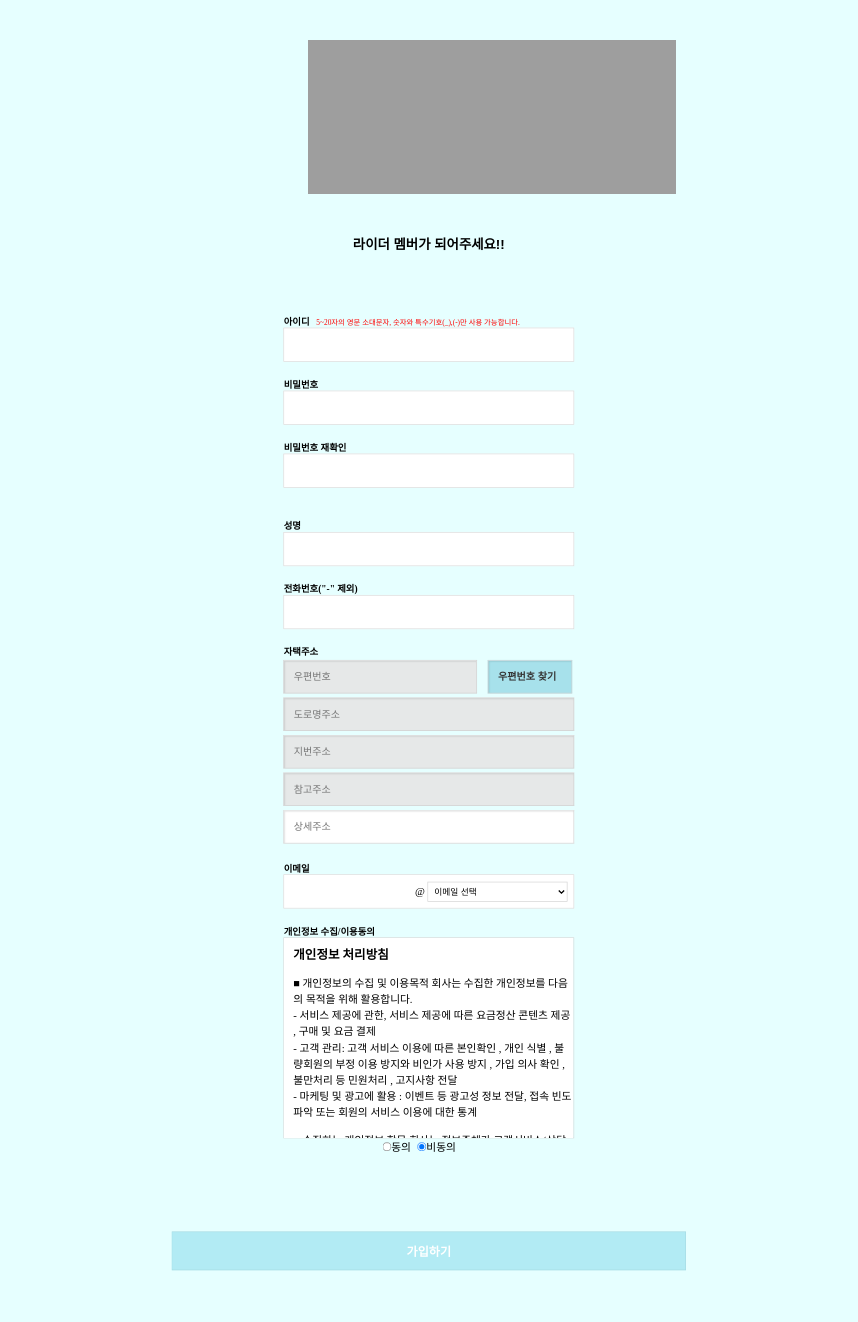
Repository: lyena8958/Frontend
Page: [JAVA][Front-end]_7.1~8.23/4GT_signUp/WebContent/index.html
The author's editor kept a copy of each file at every save. The page is drawn from the files as they stood at one save, then again after the next save.
The browser window is 1280 px wide. The pictures show the whole page, at 67% of full size.
Pictures or frames that could not be fetched are drawn as grey boxes. Some web fonts or font styles are not loaded; a fallback is used.

Above is the page before, as saved 2021-08-29 09:44:58.

### [JAVA][Front-end]_7.1~8.23/4GT_signUp/WebContent/index.html
<!DOCTYPE html>
<html lang="ko">
<head>
<meta charset="UTF-8">
<title>참치라이더 회원가입</title>
<!-- day32 NF6, day35 NF참고 -->
<link rel = "icon" href="image/wave.ico">
<style>
@import url("signUpCss3.css");
radio{
   color : black;
}
</style>
<script src ="signUpjs3.js"></script>
<script src="//t1.daumcdn.net/mapjsapi/bundle/postcode/prod/postcode.v2.js"></script>
</head>
<body>


   <!--3) html+css+js -->
   <div id="container" class="wrapper">
      <form method ="post" name="join" id="join">
         <header>
            <div id="header">
               <h1 class="h_loho">
                  <span><img alt="참치라이더 메인문구" src="image/main.png"></span>
                  <p>라이더 멤버가 되어주세요!!</p>
               </h1>
               </div>

         </header>

         <div id="container">
            <div class="row_group">
               <div class="userInput">
                  <h3 class="list">아이디<span id="idError"></span></h3>
                  <span class="box int_id" ><input type="text" id="id" class="int check"
                     maxlength="20"></span>
               </div>
               <div class="userInput">
                  <h3 class="list">비밀번호<span id="pwError"></span></h3>
                  <span class="box int_id"><input type="password" id="pw" class="int check"
                     maxlength="20"></span>
               </div>
               <div class="userInput">
                  <h3 class="list">비밀번호 재확인<span id="pwCheckError"></span></h3>
                  <span class="box int_id"><input type="password" id="pwCheck" class="int check"
                     maxlength="20"></span>
               </div>
            </div>
               <div class="row_group">
               <div class="userInput">
                  <h3 class="list">성명<span id="nameError"></span></h3>
                  <span class="box int_id"><input type="text" id="name" class="int check"
                     maxlength="20"></span>
               </div>
               <div class="userInput">
                  <h3 class="list">전화번호("-" 제외)<span id="phoneNumError"></span></h3>
                  <span class="box int_id"><input type="text" id="phoneNum" class="int check"
                     maxlength="11"></span>
               </div>
               <div class="userInput">
                  <h3 class="list">
                     자택주소<span id="addressError"></span>
                  </h3>
                  <div id="address" class="int_id">
                  <span>
                  <input type="text" id="sample4_postcode" class="d_form mini line addressCheck" placeholder="우편번호" readonly>
                  <input type="button" id="addressButton" class="d_form mini" onclick="sample4_execDaumPostcode()" value="우편번호 찾기" readonly>
                  </span>
                  <input type="text" id="sample4_roadAddress" class="d_form mini line" placeholder="도로명주소" readonly>
                  <input type="text" id="sample4_jibunAddress" class="d_form mini line" placeholder="지번주소" readonly>
                  <span id="guide" style="color:#999;display:none"></span>
                  <input type="text" id="sample4_extraAddress" class="d_form mini line" placeholder="참고주소" readonly>
                  <input type="text" id="sample4_detailAddress" class="d_form mini line addressCheck" placeholder="상세주소" >
                  </div>
               </div>

               <div class="userInput">
                  <h3 class="list">이메일<span id="emailError"></span></h3>
                  <span class="emailInt" id="emailBox"> <input type="text" id="email" maxlength="20" class="check" >
                     <span>   @ </span>
                        <select id="mail_Select">
                           <option>이메일 선택</option>
                           <option>naver.com</option>
                           <option>gmail.com</option>
                           <option>daum.net</option>
                           <option>hanmail.net</option>
                           <option>hotmail.com</option>
                           <option>nate.com</option>
                           <option>yahoo.co.kr</option>
                           <option>empas.com</option>
                           <option>freechal.com</option>
                           <option>lycos.co.kr</option>
                           <option>korea.com</option>
                           <option>hanmir.com</option>
                           <option>dreamwiz.com</option>
                           <option>paran.com</option>
                           <!-- <option>직접 입력</option> 직접입력시 입력칸 구현? -->
                        </select>
                  </span>
               </div>
                  <div class="userInput">
                  <h3 class="list">개인정보 수집/이용동의<span id="consentError"></span></h3>
                  <div id="informationConsent">
                  <span id="consentBox">
                      <h3>개인정보 처리방침<span id="consentError"></span></h3>
                     <br>
                      ■ 개인정보의 수집 및 이용목적 회사는 수집한 개인정보를 다음의 목적을 위해 활용합니다.
                      <br>
                      - 서비스 제공에 관한, 서비스 제공에 따른 요금정산 콘텐츠 제공 , 구매 및 요금 결제
                      <br>
                      - 고객 관리: 고객 서비스
                     이용에 따른 본인확인 , 개인 식별 , 불량회원의 부정 이용 방지와 비인가 사용 방지 , 가입 의사 확인
                     , 불만처리 등 민원처리 , 고지사항 전달
                     <br>
                     - 마케팅 및 광고에 활용 : 이벤트
                     등 광고성 정보 전달, 접속 빈도 파악 또는 회원의 서비스 이용에 대한 통계
                     <br><br>
                     ■ 수집하는 개인정보 항목 회사는
                     정보주체가 고객서비스(상담신청, 상담, 서비스 신청 등)를 이용하기 위하여 고객의 개인 정보를 제공할 때의 서비스
                     제공을 위한 필수 정보와, 보다 향상된 서비스 제공을 위한 선택정보를 온라인상 입력방법을 통하여 수집하고 있습니다.
                     수집하는 개인정보의 범위는 아래와 같습니다.
                     <br>
                     개인정보 수집항목 - 필수항목: 이름, 전화번호 , 이메일, 주소
                     <br>
                     -자동수집 항목 : 접속로그( 주소, 전화번호, 결제내역 ) 개인정보 수집방법 정보주체는 웹사이트 또는 서면 절차를 통하여 개인정보처리방침과 이용약관 각각의 내용을
                     확인하고 ‘동의’ 또는 ‘동의하지 않는다’ 문구를 선택 할 수 있습니다. 정보 주체가 ‘동의’ 문구를 선택한 경우에는
                     개인정보 수집에 동의한 것으로 봅니다.
                  </span>
               </div>
               <label class="select"><input type="radio" id="check" name="check" value="동의">동의</label>
               <label class="select"><input type="radio" id="noneCheck"name="check" value="비동의" checked="checked">비동의</label>
               </div>
               <div class="btn_area">
                  <input type="submit" value="가입하기" id="btnJoin" class="btn_type btn_primary">
               </div>
            </div>
         </div>
      </form>
   </div>
</body>
</html>

### [JAVA][Front-end]_7.1~8.23/4GT_signUp/WebContent/signUpCss3.css
@charset "UTF-8";
@import url('https://fonts.googleapis.com/css2?family=Gowun+Dodum&display=swap');
@keyframes headerMove{
/*       -50% {transform: translate(-500px); }
      -25% {transform: translate(-100px); }
      0% {transform: translate(0px); }
      20% {transform: translate(100px); }
      40% {transform: translate(200px); }
      60% {transform: translate(300px); }
      80% {transform: translate(400px); }
      100% {transform: translate(0,0);} */
      0% {transform: translate(0px); }
      50% {transform: translate(400px); }
      100% {transform: translate(0,0);}
}

#header img{
   width : 700px;
   height: 230px;
   animation-name: headerMove;
    animation-duration: 3s;
   animation-iteration-count: infinite;
   animation:linkMove 3s ease-out Infinit;
}
#header p{
   font-size : 20px;
   font-family: 'Gowun Dodum', sans-serif;
   margin-top : 50px;
   margin-bottom: 2%;

}
.d_form {
    margin: .2em 0;
    font-size: 15px;
    padding: .5em;
    border: 1px solid #ccc;
    border-color: #dbdbdb #d2d2d2 #d0d0d0 #d2d2d3;
    box-shadow: inset 0.1em 0.1em 0.15em rgb(0 0 0 / 10%);
    vertical-align: middle;
    line-height: 1.25em;
    outline: 0;
    width: 20em;
    height : 50px;
    background-color : #E6E8E8;
    padding: 10px 110px 10px 14px;
    padding-top: 10px;
    padding-right: 110px;
    padding-bottom: 10px;
    padding-left: 14px;
    box-sizing: border-box;
}
.d_form.mini {
    width: 7em;
}
#container, #footer, #header {
    min-width: 220px;
    margin: 0 15px;
    margin-top: 0px;
    margin-right: 15px;
    margin-bottom: 0px;
    margin-left: 15px;
    box-sizing: border-box;
}
@media (max-width: 1024px)
#container {
    width: auto;
    max-width: 768px;
}

body, button, dd, dl, dt, fieldset, form, h1, h2, h3, h3, h5, h6, input,
   legend, li, ol, p, select, table, td, textarea, th, ul {
   margin: 0;
   padding: 0;
   webkit-text-size-adjust: none;
}
/*h3 {
   magin : 0px auto;
   font-size: 14px;
   font-weight: 700;
}*/
boby, html {
   width: 100%;
   height: 100%;
}
body {
   background-color: #E6FFFF;
}
div{
   display : block;

}
header{
   text-align : center;
}
select{
   font-size : 3px;
   border : 1px solid gray;
   height : 30px;
   padding : 5px;
}
#mail_Select option{

   text-height : 30px;
}
#mail_Input{
   display : inline-block;
   width : 50%;
}
#mail_Select{
   width : 50%;
   font-size : 13px;
   border : 1px solid lightgray;


}
#text{
   margin : 5px;
   font-size : 15px;

}
#idError, #pwError, #pwCheckError, #nameError, #phoneNumError, #addressError, #emailError, #consentError {
   width:0px auto;
   display : inline-block;
   color : red;
   font-align : right;
   font-size : 11px;
   font-weight: normal;
   margin-left : 10px;
}
#container, #footer {
   margin: 0 auto;
   max-width: 768px;
   min-width: 460px;
}

.wrapper {
   width: 100%;
   min-width: 760px;
}

#header {

   position: relative;
   overflow: hidden;
   padding: 60px 0 54px;

}

#header .h_logo {
   display: block;
   margin: 0 auto;
   width: 240px;
   height: 44px;
   /*background-image: url(https://static.nid.naver.com/images/ui/join/m_naver_logo_20191126.png);*/
   background-repeat: no-repeat;
   background-position: 0 0;
   background-size: 240px auto;
   color: transparent;
   font-size: 2em;
}
.ipin_box, .row_group {
    overflow: hidden;
    width: 100%;
}
.box{
   margin : 0px auto;
    display: block;
    position: relative;
    width: 60%;
    height: 51px;
    border: solid 1px #dadada;
    border-top-color: rgb(218, 218, 218);
    border-top-style: solid;
    border-top-width: 1px;
    border-right-color: rgb(218, 218, 218);
    border-right-style: solid;
    border-right-width: 1px;
    border-bottom-color: rgb(218, 218, 218);
    border-bottom-style: solid;
    border-bottom-width: 1px;
    border-left-color: rgb(218, 218, 218);
    border-left-style: solid;
    border-left-width: 1px;
    border-image-source: initial;
    border-image-slice: initial;
    border-image-width: initial;
    border-image-outset: initial;
    border-image-repeat: initial;
    padding: 10px 110px 10px 14px;
    padding-top: 10px;
    padding-right: 110px;
    padding-bottom: 10px;
    padding-left: 14px;
    box-sizing: border-box;
}
.box.int_id, .box.int_id input {
    background: #fff;
    outline: 0;
}
#emailBox{
   margin : 0px auto;
    display: block;
    position: relative;
    width: 60%;
    height: 51px;
    border: solid 1px #dadada;
    border-top-color: rgb(218, 218, 218);
    border-top-style: solid;
    border-top-width: 1px;
    border-right-color: rgb(218, 218, 218);
    border-right-style: solid;
    border-right-width: 1px;
    border-bottom-color: rgb(218, 218, 218);
    border-bottom-style: solid;
    border-bottom-width: 1px;
    border-left-color: rgb(218, 218, 218);
    border-left-style: solid;
    border-left-width: 1px;
    border-image-source: initial;
    border-image-slice: initial;
    border-image-width: initial;
    border-image-outset: initial;
    border-image-repeat: initial;
    padding-top: 10px;
    padding-left: 14px;
    box-sizing: border-box;
    background-color : white;
}
.list {
   display : inline-black;
   margin : 0px auto;
   /*padding: 10px;*/
   width: 60%;
   font-size: 14px;
   font-weight: 700;
}
.list h3{
   display : inline-black;
}
.userInput{
   margin : 3%;

}
.line{
   margin-left : 20%;
/*margin : 2px;*/
}
#address input text{
   margin-left : 60%;

}
#addressButton{
   text-align : center;
   text-width : 0px auto;
   background-color : #A7E1EB;
   width :  0px auto;
   font-weight : bold;
   color : #353535;
}
#sample4_postcode{
   width : 40%;
   margin-right: 12px;
}
#sample4_roadAddress, #sample4_jibunAddress, #sample4_detailAddress, #sample4_extraAddress{
   width : 60%;
}
#sample4_detailAddress{
   background-color : white;
}
.input {
   display: inline;
}

.box {
   margin : 0px auto;
   display: block;
   width: 60%;
   height: 51px;
   padding-top: 10px;
   padding-right: 110px;
   padding-bottom: 10px;
   padding-left: 14px;
   background: #fff;
   box-sizing: border-box;
   vertical-align: top;
   vertical-align: top;
}

.int {
   display: block;
   position: relative;
   width: 100%;
   height: 29px;
   border: solid 1px #dadada;
   padding-right: 25px;
   line-height: 29px;
   border: none;
   background: #fff;
   font-size: 15px;
   box-sizing: border-box;
   z-index: 10;
}
#emailInt{
   display: block;
   /*position: relative;*/
   width: 50%;
   height: 29px;
   border: solid 1px #dadada;
   /*padding-right: 25px;*/
   line-height: 29px;
   border: none;
   background: #fff;
   font-size: 15px;
   box-sizing: border-box;

}
#btn {
   width: 100%;
   height: 50px;
}
.btn_area {
    margin: 30px 0 9px;
}
@media (max-width: 1024px)
.btn_type {
    font-weight: 400;
}
.btn_primary {
    color: #fff;
    border: solid 1px rgba(0,0,0,.08);
    border-top-color: rgba(0, 0, 0, 0.08);
    border-top-style: solid;
    border-top-width: 1px;
    border-right-color: rgba(0, 0, 0, 0.08);
    border-right-style: solid;
    border-right-width: 1px;
    border-bottom-color: rgba(0, 0, 0, 0.08);
    border-bottom-style: solid;
    border-bottom-width: 1px;
    border-left-color: rgba(0, 0, 0, 0.08);
    border-left-style: solid;
    border-left-width: 1px;
    border-image-source: initial;
    border-image-slice: initial;
    border-image-width: initial;
    border-image-outset: initial;
    border-image-repeat: initial;
    background-color: #B2EBF4;
}
.btn_type {
   margin-top : 15%;
   margin-bottom : 10%;
    display: block;
    width: 100%;
    padding: 15px 0 15px;
    font-size: 18px;
    font-weight: 700;
    text-align: center;
    cursor: pointer;
    box-sizing: border-box;
}
button {
    cursor: pointer;
}
button, input, select, textarea {
    border-radius: 0;
    border-top-left-radius: 0px;
    border-top-right-radius: 0px;
    border-bottom-right-radius: 0px;
    border-bottom-left-radius: 0px;
    border: none;
    background: 0 0;
    background-image: initial;
    background-position-x: 0px;
    background-position-y: 0px;
    background-size: initial;
    background-repeat-x: initial;
    background-repeat-y: initial;
    background-attachment: initial;
    background-origin: initial;
    background-clip: initial;
    background-color: initial;
   /*  -webkit-appearance: none; */
    -moz-appearance: none;
    /* appearance: none; */
    outline: 0;
    text-decoration: none;
    cursor: pointer;
    -webkit-text-size-adjust: none;
}
#consentBox {
    margin: 0px auto;
    display: block;
    position: relative;
    width: 60%;
    height : 300px;
    border: solid 1px #dadada;
    border-top-color: rgb(218, 218, 218);
    border-top-style: solid;
    border-top-width: 1px;
    border-right-color: rgb(218, 218, 218);
    border-right-style: solid;
    border-right-width: 1px;
    border-bottom-color: rgb(218, 218, 218);
    border-bottom-style: solid;
    border-bottom-width: 1px;
    border-left-color: rgb(218, 218, 218);
    border-left-style: solid;
    border-left-width: 1px;
    border-image-source: initial;
    border-image-slice: initial;
    border-image-width: initial;
    border-image-outset: initial;
    border-image-repeat: initial;
    padding-top: 10px;
    padding-left: 14px;
    box-sizing: border-box;
    background-color: white;
    overflow-y: scroll;
    text-alogn : justity;
}
.select #check{
   margin-left : 40%;

}
.select {
   top : 30px;
   margin : 3px;
}

Loaded but not shown: [JAVA][Front-end]_7.1~8.23/4GT_signUp/WebContent/signUpjs3.js (218 lines, source omitted)

After the next save:
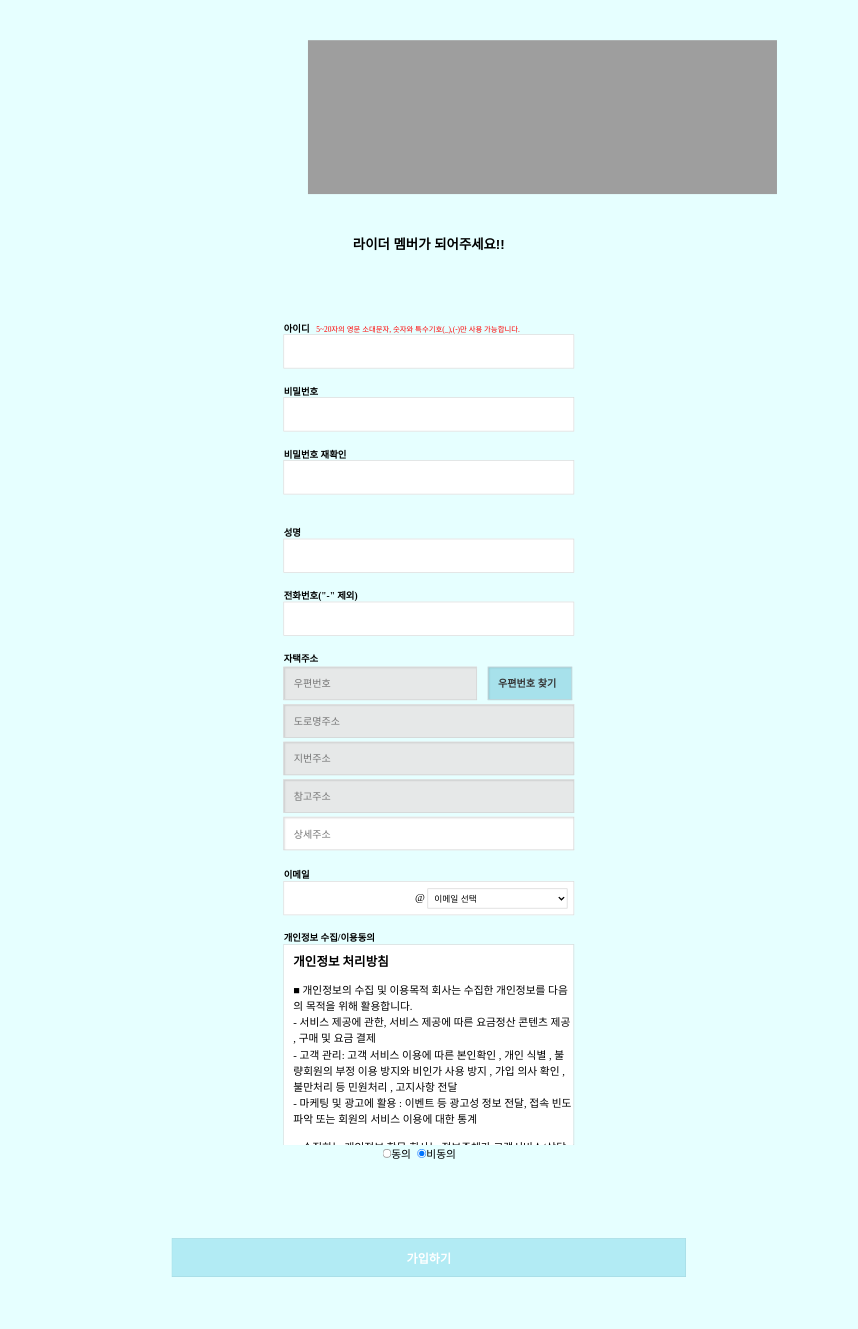
Saved 58 s later.
--- a/[JAVA][Front-end]_7.1~8.23/4GT_signUp/WebContent/index.html
+++ b/[JAVA][Front-end]_7.1~8.23/4GT_signUp/WebContent/index.html
@@ -18,7 +18,7 @@ radio{
 
 
    <!--3) html+css+js -->
-   <div id="container" class="wrapper">
+   <div id="wrap" class="wrapper">
       <form method ="post" name="join" id="join">
          <header>
             <div id="header">
